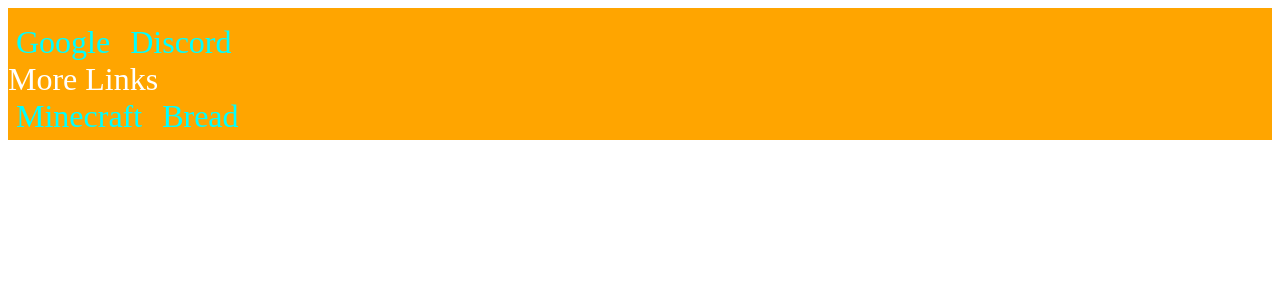
Repository: Starfishmas/Starfishmas.github.io
Page: index.html
The author's editor kept a record of every edit. The page is drawn from the files as they stood at one moment, then again after the next edit.
The browser window is 1280 px wide. The pictures show the whole page.

Above is the page before.

### index.html
<DOCTYPE! html>
<html>
<head>
    <title>Menu</title>
    <style>
        .navbar {background-color:orange; width:100%; height:100px; padding-top:16px; padding-bottom:16px;}
        .navbar a {color:cyan; font-size:32px; text-decoration:none; padding-left:8px; padding-right:8px}
        .navbar a:hover {background-color:pink;}
        .MoreLinks {Color:white; font-size:32px;}
        .morelinks:hover {background-color:pink;}
        .dropdown-content {display:block;}
        .dropdown-content {position:absolute;}


</style>
</head>
<body>
    <div class="navbar">
        <a href="https://www.google.com">Google</a>
        <a href="https://www.discordapp.com">Discord</a>
        <div class="dropdown">
        <div class="morelinks">More Links</div>
        <div class="dropdown-content">
        <a href="https://www.minecraft.net">Minecraft</a>
        <a href="https://en.wikipedia.org/wiki/Bread">Bread</a>
    </div>
    </div>


    </div>

</body>
</html>

After the next edit:
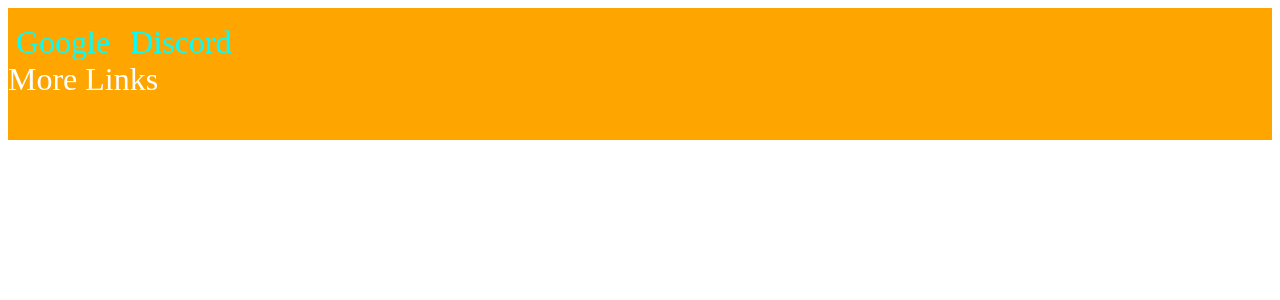
The edit:
--- a/index.html
+++ b/index.html
@@ -21,8 +21,7 @@
         <div class="dropdown">
         <div class="morelinks">More Links</div>
         <div class="dropdown-content">
-        <a href="https://www.minecraft.net">Minecraft</a>
-        <a href="https://en.wikipedia.org/wiki/Bread">Bread</a>
+
     </div>
     </div>
 
